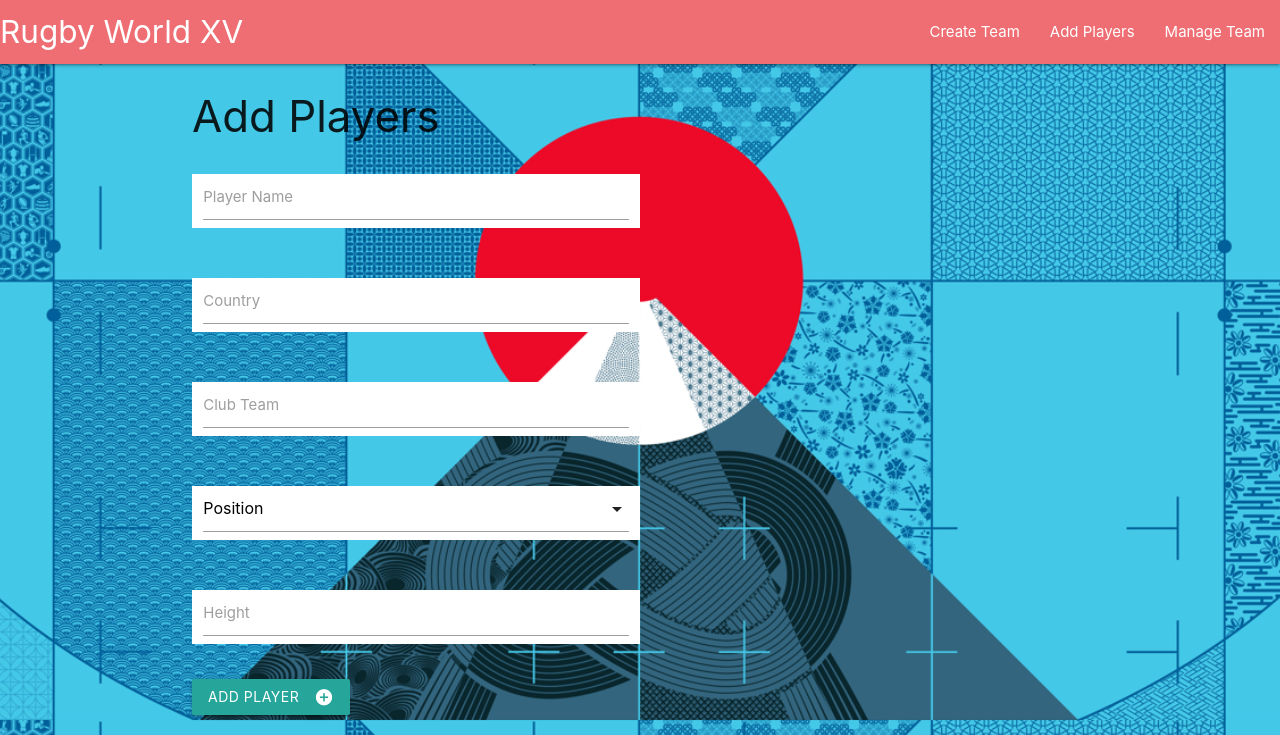
Repository: StephenWhittington/rugby-world-xv
Page: http://localhost/new_team
The author's editor kept a record of every edit. The page is drawn from the files as they stood at one moment, then again after the next edit.
The browser window is 1280 px wide. The pictures show the whole page.
Backgrounds fixed to the window are drawn as part of the page. The page is served by the project's application, run on Flask 3 (app.py). Queries for data that is not in the repository find no rows.

Above is the page before.

### templates/addplayers.html
{% extends 'base.html' %} {% block content %}
<h3 class="header-text">Add Players</h3>
<div class="row">
    <form action="{{ url_for('add_player') }}" method="POST" class="col s12">
        <div class="row">
            <div class="input-field input-info col s6">
                <input id="player_name" name="player_name" type="text" class="validate">
                <label for="player_name">Player Name</label>
            </div>
        </div>
        <div class="row">
            <div class="input-field input-info col s6">
                <input id="country" name="country" type="text" class="validate">
                <label for="country">Country</label>
            </div>
        </div>
        <div class="row">
            <div class="input-field input-info col s6">
                <input id="club_team" name="club_team" type="text" class="validate">
                <label for="club_team">Club Team</label>
            </div>
        </div>
        <div class="row">
            <div class="input-field input-info col s6">
                <select id="position" name="position">
                    <option value="" disabled selected>Position</option>
                    <option>Loosehead Prop</option>
                    <option>Hooker</option>
                    <option>Tighthead Prop</option>
                    <option>Flanker</option>
                    <option>Second Row</option>
                    <option>Number 8</option>
                    <option>Scrum Half</option>
                    <option>Fly Half</option>
                    <option>Inside Centre</option>
                    <option>Outside Centre</option>
                    <option>Left Wing</option>
                    <option>Right Wing</option>
                    <option>Fullback</option>
                    </select>
                <label for="position"></label>
            </div>
        </div>
        <div class="row">
            <div class="input-field input-info col s6">
                <input id="height" name="height" type="text" class="validate">
                <label for="height">Height</label>
            </div>
        </div>
        <div class="row">
            <button class="btn waves-effect waves-light" type="submit" name="action">Add Player
                <i class="material-icons right">add_circle</i>
             </button>
        </div>
    </form>
</div>

{% endblock %}

### templates/base.html
<!DOCTYPE html>
<html lang="en">

<head>
    <meta charset="UTF-8">
    <meta name="viewport" content="width=device-width, initial-scale=1.0">
    <meta http-equiv="X-UA-Compatible" content="ie=edge">
    <link href="https://fonts.googleapis.com/icon?family=Material+Icons" rel="stylesheet">
    <link rel="stylesheet" href="https://cdnjs.cloudflare.com/ajax/libs/materialize/1.0.0/css/materialize.min.css">
    <link rel="stylesheet" href="{{url_for('static', filename='css/style.css')}}" type="text/css" />
    <title>World XV</title>
</head>

<body class="background_image">

    <header>
        <nav>
            <div class="nav-wrapper">
                <a href="{{url_for('view_team')}}" class="brand-logo">Rugby World XV</a>
                <a href="#" data-target="mobile-demo" class="sidenav-trigger"><i class="material-icons">menu</i></a>
                <ul id="nav-mobile" class="right hide-on-med-and-down">
                    <li><a href="{{url_for('create_team')}}">Create Team</a></li>
                    <li><a href="{{url_for('new_team')}}">Add Players</a></li>
                    <li><a href="{{url_for('manage_team')}}">Manage Team</a></li>
                </ul>
            </div>
        </nav>
        <ul class="sidenav" id="mobile-demo">
            <li><a href="{{url_for('create_team')}}">Create Team</a></li>
            <li><a href="{{url_for('new_team')}}">Add Players</a></li>
            <li><a href="{{url_for('manage_team')}}">Manage Team</a></li>
        </ul>
    </header>



    <div class="container">
        {% block content %} {% endblock %}
    </div>


    <script src="https://code.jquery.com/jquery-3.4.1.js" integrity="sha256-WpOohJOqMqqyKL9FccASB9O0KwACQJpFTUBLTYOVvVU=" crossorigin="anonymous"></script>
    <script src="https://cdnjs.cloudflare.com/ajax/libs/materialize/1.0.0/js/materialize.min.js"></script>
    <script type="text/javascript">
        $(document).ready(function() {
            $('.collapsible').collapsible();
            $('select').formSelect();
            $('.sidenav').sidenav();
        });
    </script>
</body>

</html>

### app.py
import os
from flask import Flask, render_template, redirect, request, url_for, request
from flask_pymongo import PyMongo
from bson.objectid import ObjectId
from dotenv import load_dotenv
load_dotenv()

app = Flask(__name__)

app.config["MONGO_URI"] = os.getenv("MONGO_URI")

mongo = PyMongo(app)


@app.route('/')
@app.route('/create_team')
def view_team():
    return render_template("team.html",
                            first_players_collection=mongo.db.players.find(),
                            second_players_collection = mongo.db.players.find(),
                            third_players_collection = mongo.db.players.find(),
                            fourth_players_collection = mongo.db.players.find(),
                            fith_players_collection = mongo.db.players.find(),
                            sixth_players_collection = mongo.db.players.find(),
                            seventh_players_collection = mongo.db.players.find(),
                            eighth_players_collection = mongo.db.players.find(),
                            ninth_players_collection = mongo.db.players.find(),
                            tenth_players_collection = mongo.db.players.find(),
                            eleventh_players_collection = mongo.db.players.find(),
                            twelth_players_collection = mongo.db.players.find(),
                            thirteenth_players_collection = mongo.db.players.find(),
                            fourteenth_players_collection = mongo.db.players.find(),
                            fithteenth_players_collection = mongo.db.players.find())


@app.route('/new_team')
def new_team():
    return render_template("addplayers.html",
                            addplayers=mongo.db.players.find())

@app.route('/add_player', methods=['POST'])
def add_player():
    addplayers = mongo.db.players
    addplayers.insert_one(request.form.to_dict())
    return redirect(url_for('create_team'))

@app.route('/create_team')
def create_team():
    return render_template("team.html",
                            first_players_collection=mongo.db.players.find())

@app.route('/add_team', methods=['POST'])
def add_team():
    team =  mongo.db.team
    team.insert_one(request.form.to_dict())
    return redirect(url_for('manage_team'))

@app.route('/manage_team')
def manage_team():
    return render_template("manageteam.html",
                            team=mongo.db.team.find())

@app.route('/delete_team/<team_id>')
def delete_team(team_id):
    mongo.db.team.remove({'_id': ObjectId(team_id)})
    return redirect(url_for('manage_team'))

@app.route('/edit_team/<team_id>')
def edit_team(team_id):
    the_team =  mongo.db.team.find_one({"_id": ObjectId(team_id)})
    all_positions =  mongo.db.team.find()
    return render_template('editteam.html', team=the_team,
                           positions=all_positions,
                           first_players_collection=mongo.db.players.find(),
                           second_players_collection = mongo.db.players.find(),
                           third_players_collection = mongo.db.players.find(),
                           fourth_players_collection = mongo.db.players.find(),
                           fith_players_collection = mongo.db.players.find(),
                           sixth_players_collection = mongo.db.players.find(),
                           seventh_players_collection = mongo.db.players.find(),
                           eighth_players_collection = mongo.db.players.find(),
                           ninth_players_collection = mongo.db.players.find(),
                           tenth_players_collection = mongo.db.players.find(),
                           eleventh_players_collection = mongo.db.players.find(),
                           twelth_players_collection = mongo.db.players.find(),
                           thirteenth_players_collection = mongo.db.players.find(),
                           fourteenth_players_collection = mongo.db.players.find(),
                           fithteenth_players_collection = mongo.db.players.find())

@app.route('/update_team/<team_id>', methods=["POST"])
def update_team(team_id):
    team = mongo.db.team
    team.update( {'_id': ObjectId(team_id)},
    {
        'team_name':request.form.get('team_name'),
        'loose_head_prop':request.form.get('loose_head_prop'),
        'hooker':request.form.get('hooker'),
        'tight_head_prop': request.form.get('tight_head_prop'),
        'blind_side_flanker': request.form.get('blind_side_flanker'),
        'second_row':request.form.get('second_row'),
        'second_row_2':request.form.get('second_row_2'),
        'open_side_flanker':request.form.get('open_side_flanker'),
        'number_eight':request.form.get('number_eight'),
        'scrum_half':request.form.get('scrum_half'),
        'fly_half':request.form.get('fly_half'),
        'inside_centre':request.form.get('inside_centre'),
        'outside_centre':request.form.get('outside_centre'),
        'left_wing':request.form.get('left_wing'),
        'full_back':request.form.get('full_back'),
        'right_wing':request.form.get('right_wing')
    })
    return redirect(url_for('manage_team'))


if __name__ == '__main__':
    app.run(host=os.environ.get('IP'),
            port=int(os.environ.get('PORT')),
            debug=True)

### static/css/style.css
.background_image {
    height: 100vh;
    background: url("../images/worldcupback.jpg") no-repeat center center fixed;
    -webkit-background-size: cover;
    -moz-background-size: cover;
    -o-background-size: cover;
    background-size: cover;
    align-items: center;
    position: relative;
    justify-content: center;
}

.select-wrapper {
    background-color: white;
}


.select-wrapper+label {
    position: absolute;
    top: -40px;
    font-size: 20px;
    color: yellow;
}

.input-info {
    background-color: white;
}

After the next edit:
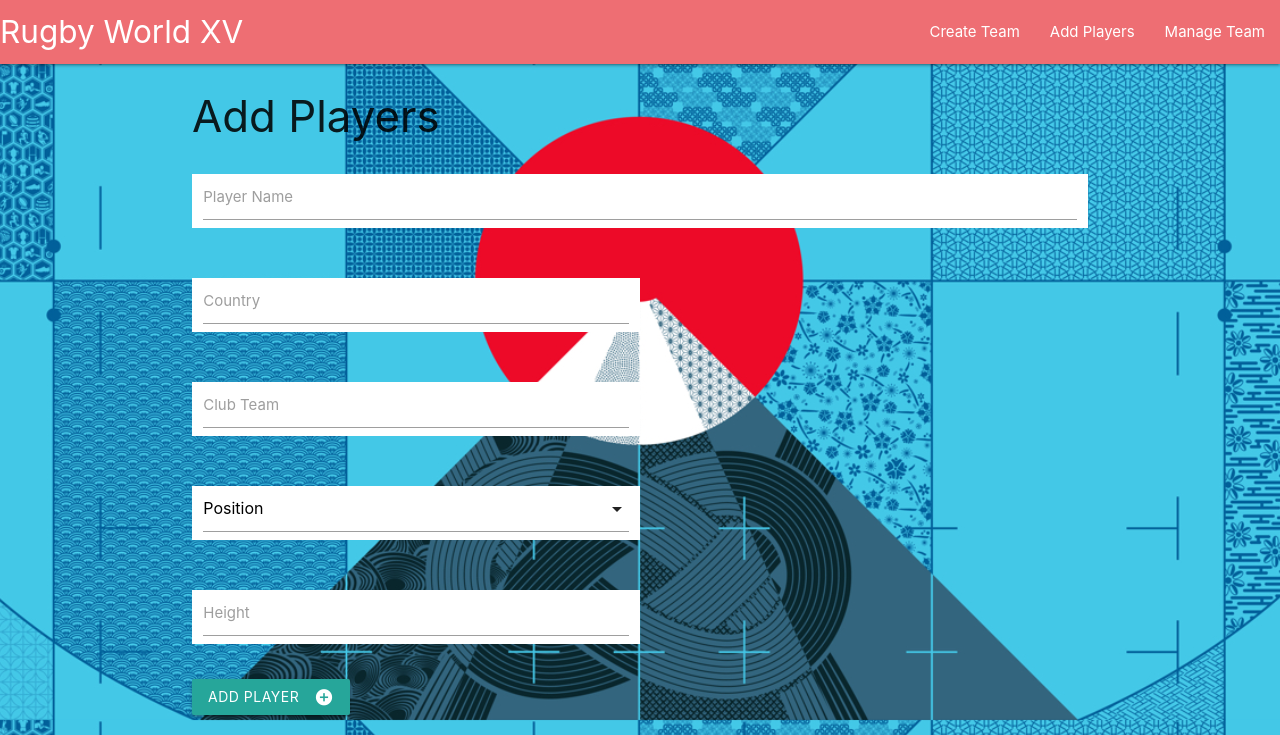
The edit:
--- a/templates/addplayers.html
+++ b/templates/addplayers.html
@@ -3,7 +3,7 @@
 <div class="row">
     <form action="{{ url_for('add_player') }}" method="POST" class="col s12">
         <div class="row">
-            <div class="input-field input-info col s6">
+            <div class="input-field input-info col s12">
                 <input id="player_name" name="player_name" type="text" class="validate">
                 <label for="player_name">Player Name</label>
             </div>
